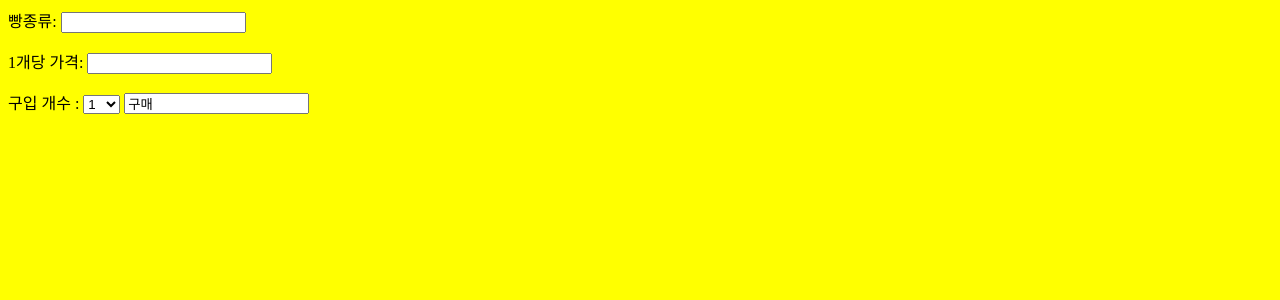
Repository: Hongjeongmin/university
Page: webprograming/test/test/WebContent/b.html
The author's editor kept a copy of each file at every save. The page is drawn from the files as they stood at one save, then again after the next save.
The browser window is 1280 px wide. The pictures show the whole page.

Above is the page before, as saved 2018-09-17 01:48:09.

After the next save:
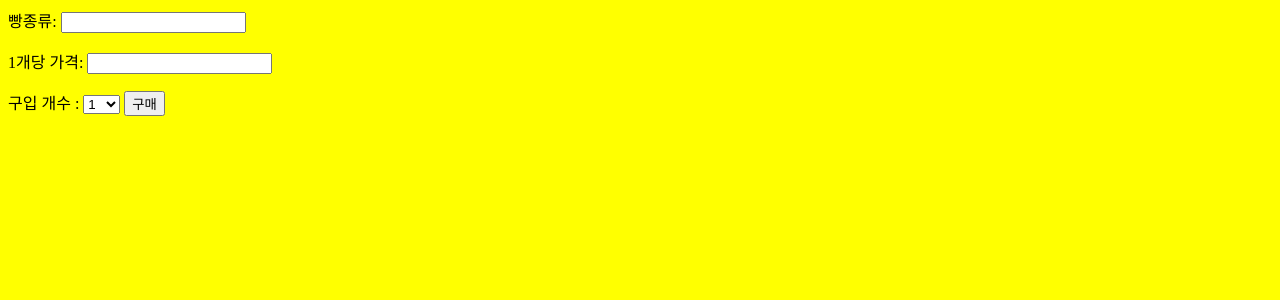
Saved 37 s later.
--- a/webprograming/test/test/WebContent/b.html
+++ b/webprograming/test/test/WebContent/b.html
@@ -18,8 +18,7 @@
 		<option>9</option><option>10</option>
 	</select>
 
-<input style="submit" value="구매"/>
+<input type="submit" value="구매"/>
 </form>
-
 </body>
 </html>
